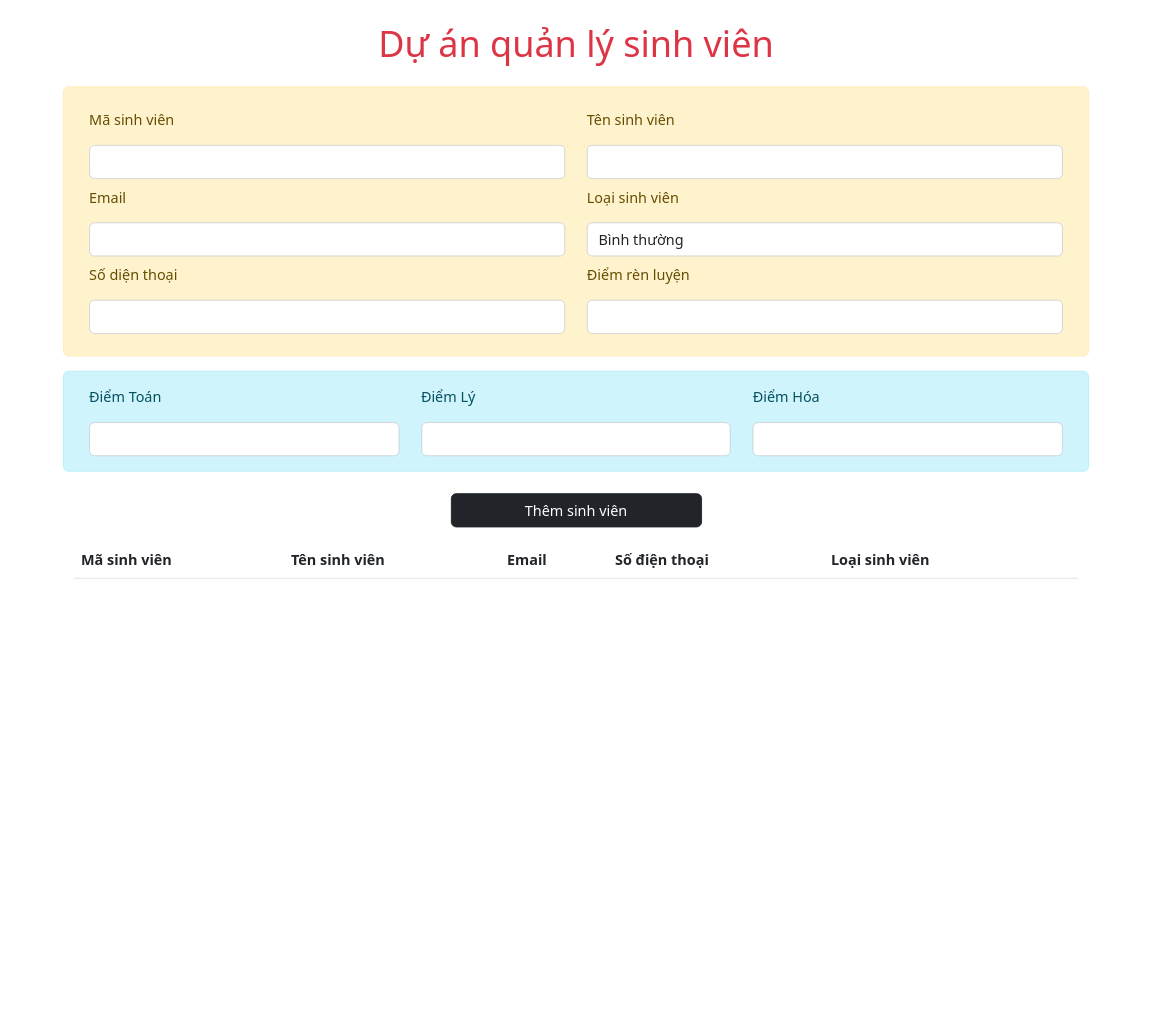
Repository: hcozyph/Cybersoft_JS_OOP
Page: index.html
The author's editor kept a copy of each file at every save. The page is drawn from the files as they stood at one save, then again after the next save.
The browser window is 1280 px wide. The pictures show the whole page, at 90% of full size.

Above is the page before, as saved 2023-02-26 09:45:51.

After the next save:
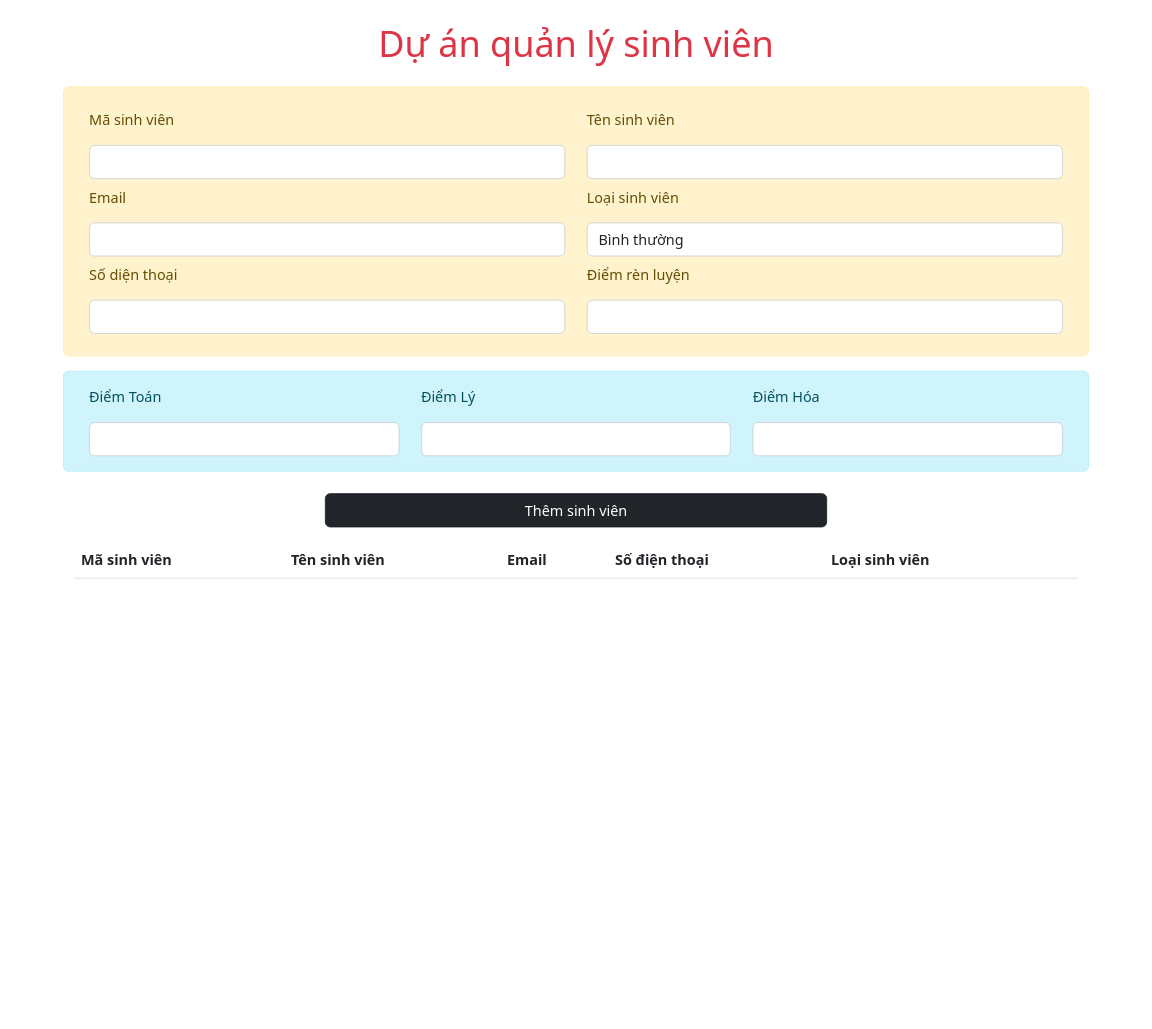
Saved 27 s later.
--- a/index.html
+++ b/index.html
@@ -85,7 +85,7 @@
                 </div>
 
                 <div class="my-2 text-center">
-                    <button class="btn btn-dark my-2 w-25" id="btnThemSinhVien">Thêm sinh viên</button>
+                    <button class="btn btn-dark my-2 w-50" id="btnThemSinhVien">Thêm sinh viên</button>
                 </div>
 
                 <table class="table mt-2">
